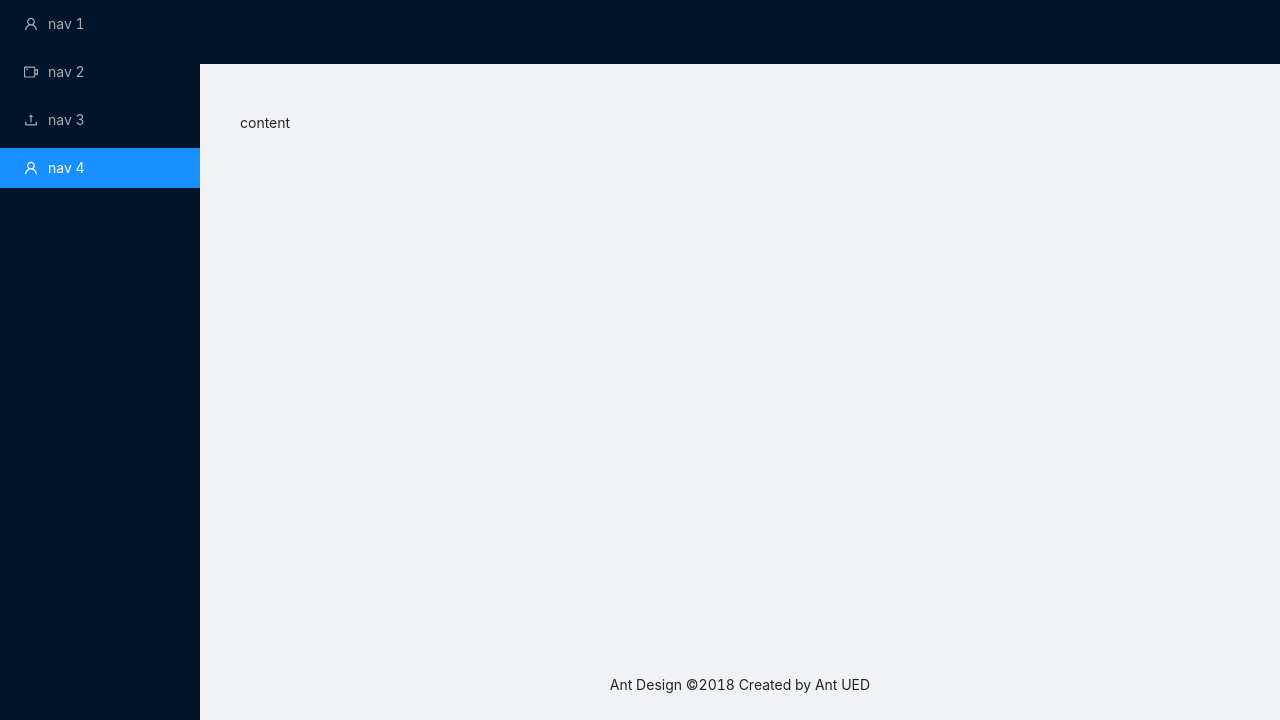
Repository: yangddoddi/community_react
Page: /
These files come from the project's save history. The page is drawn as it stood at one moment and after the next save; the edit follows.
The browser window is 1280 px wide. The pictures show the whole page.
The project was rebuilt for these pictures with package versions that can differ from the ones it lists, and the page was loaded fresh each time.

Above is the page before, as saved 2022-08-17 02:27:08.

### src/App.js
import {
  UploadOutlined,
  UserOutlined,
  VideoCameraOutlined,
} from "@ant-design/icons";
import { Layout, Menu } from "antd";
import "antd/dist/antd.css";
import "./App.scss";
import React from "react";
import styled from "styled-components";
const { Header, Content, Footer, Sider } = Layout;

const LayoutSlider = styled(Layout)`
  height: "100%";
`;

const App = () => (
  <Layout
    style={{
      height: "100%",
    }}
  >
    <Sider
      breakpoint="lg"
      collapsedWidth="0"
      onBreakpoint={(broken) => {
        console.log(broken);
      }}
      onCollapse={(collapsed, type) => {
        console.log(collapsed, type);
      }}
    >
      <div className="logo" />
      <Menu
        theme="dark"
        mode="inline"
        defaultSelectedKeys={["4"]}
        items={[
          UserOutlined,
          VideoCameraOutlined,
          UploadOutlined,
          UserOutlined,
        ].map((icon, index) => ({
          key: String(index + 1),
          icon: React.createElement(icon),
          label: `nav ${index + 1}`,
        }))}
      />
    </Sider>
    <Layout>
      <Header
        className="site-layout-sub-header-background"
        style={{
          padding: 0,
        }}
      />
      <Content
        style={{
          margin: "24px 16px 0",
        }}
      >
        <div
          className="site-layout-background"
          style={{
            padding: 24,
            minHeight: 360,
          }}
        >
          content
        </div>
      </Content>
      <Footer
        style={{
          textAlign: "center",
        }}
      >
        Ant Design ©2018 Created by Ant UED
      </Footer>
    </Layout>
  </Layout>
);

export default App;

### src/App.scss
.site-layout-content {
    min-height: 280px;
    padding: 24px;
    background: #fff;
  }
  #components-layout-demo-top .logo {
    float: left;
    width: 120px;
    height: 31px;
    margin: 16px 24px 16px 0;
    background: rgba(255, 255, 255, 0.3);
  }
  .ant-row-rtl #components-layout-demo-top .logo {
    float: right;
    margin: 16px 0 16px 24px;
  }

  #root {
    height: 100%;
  }

Loaded but not shown: public/index.html (common file); src/index.js (common file); src/index.css (common file); src/reportWebVitals.js (common file)

After the next save:
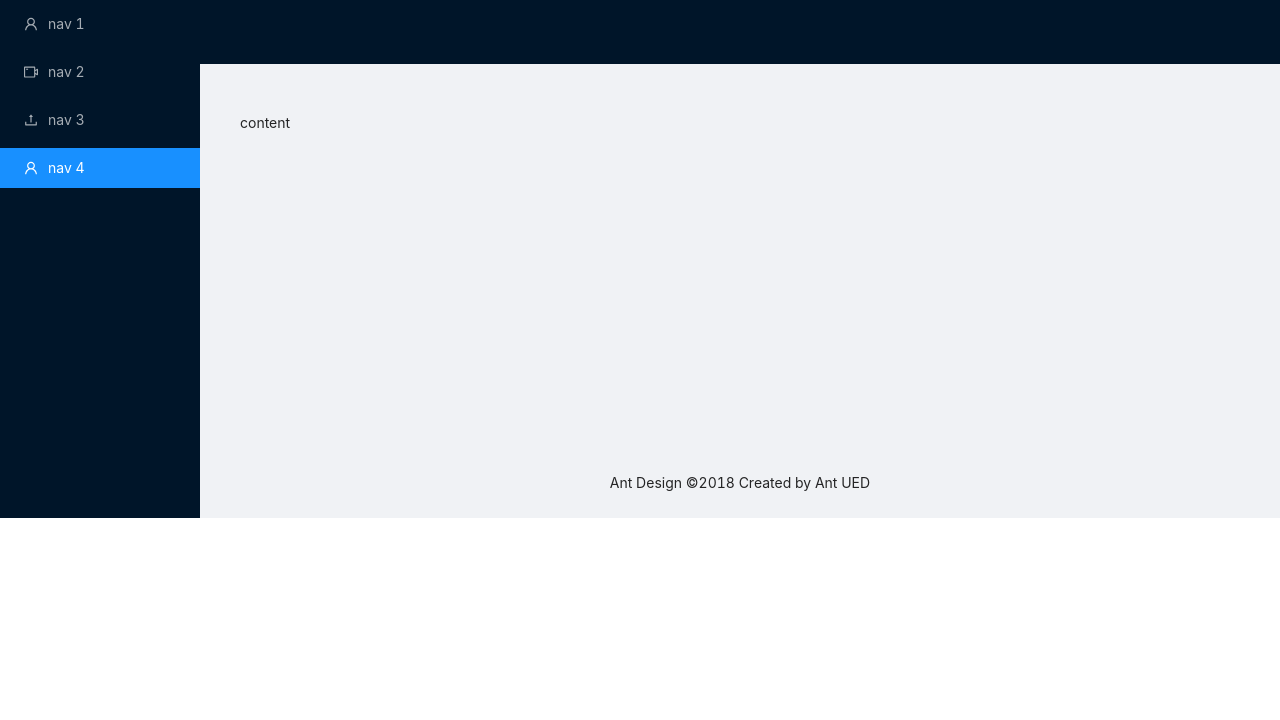
Saved 8 s later.
--- a/src/App.js
+++ b/src/App.js
@@ -15,11 +15,7 @@
 `;
 
 const App = () => (
-  <Layout
-    style={{
-      height: "100%",
-    }}
-  >
+  <LayoutSlider>
     <Sider
       breakpoint="lg"
       collapsedWidth="0"
@@ -77,7 +73,7 @@
         Ant Design ©2018 Created by Ant UED
       </Footer>
     </Layout>
-  </Layout>
+  </LayoutSlider>
 );
 
 export default App;

After the 2 saves that followed:
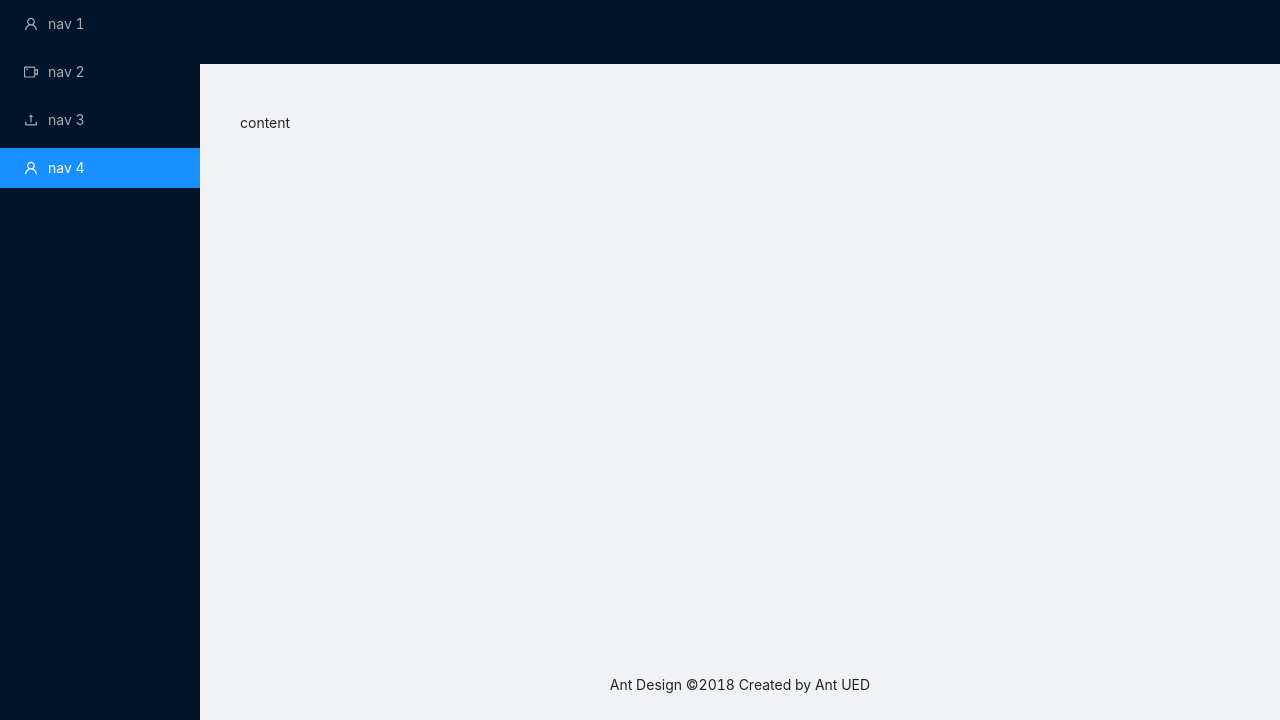
The 2 saves are shown as one change because 1 left the picture as it was.
The last was saved 3 min 27 s later.
--- a/src/App.js
+++ b/src/App.js
@@ -10,12 +10,12 @@
 import styled from "styled-components";
 const { Header, Content, Footer, Sider } = Layout;
 
-const LayoutSlider = styled(Layout)`
-  height: "100%";
+const LayoutStyled = styled(Layout)`
+  height: 100%;
 `;
 
 const App = () => (
-  <LayoutSlider>
+  <LayoutStyled>
     <Sider
       breakpoint="lg"
       collapsedWidth="0"
@@ -73,7 +73,7 @@
         Ant Design ©2018 Created by Ant UED
       </Footer>
     </Layout>
-  </LayoutSlider>
+  </LayoutStyled>
 );
 
 export default App;
